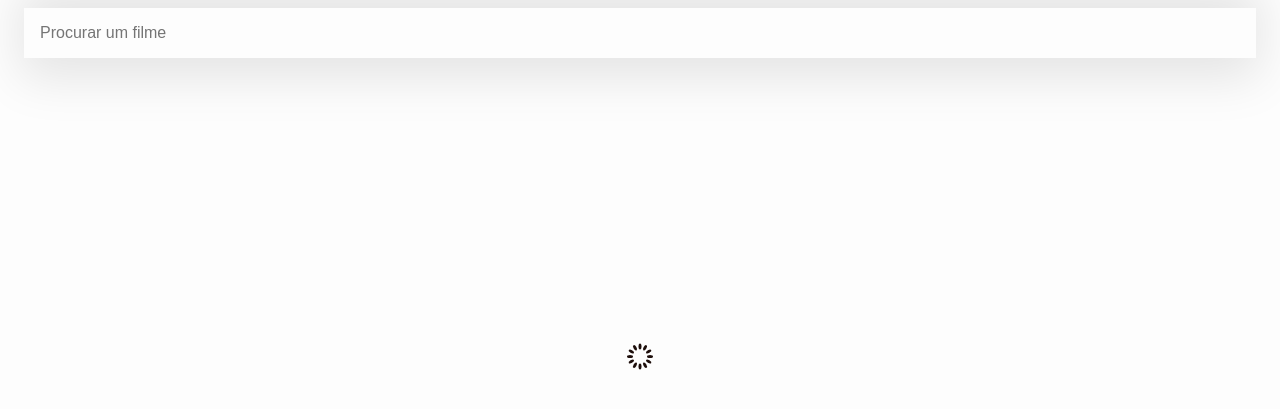
Repository: giordanobraz/agenda-edu-challenge
Page: /
An editor plug-in stored every save of this project. The page is shown before and after the next save, followed by the edit.
The browser window is 1280 px wide. The pictures show the whole page.
The page's requests for data from a server got no answer. The project was rebuilt for these pictures with package versions that can differ from the ones it lists, and the page was loaded fresh each time. No one was signed in, and anything a server would have sent is missing. Also part of the build but not shown: src/components/List/MovieList.scss, src/components/Details/Details.scss, src/components/Details/Details.js, src/pages/Details/index.js.

Above is the page before, as saved 2022-05-13 16:39:52.

### src/App.js
import { Route, Routes } from "react-router-dom";
import { QueryClient, QueryClientProvider } from "react-query";
import HomePage from "./pages/HomePage";
import SearchBar from "./components/Search/SearchBar";
import "./styles/global.scss";
import DetailsPage from "./pages/Details";

const queryClient = new QueryClient();

function App() {
  return (
    <div className="container">
      <QueryClientProvider client={queryClient}>
        <SearchBar />
        <Routes>
          <Route path="/" element={<HomePage />} />
          <Route path="/movie/:movieID" element={<DetailsPage />} />
        </Routes>
      </QueryClientProvider>
    </div>
  );
}

export default App;

### src/pages/HomePage/index.js
import MovieList from "../../components/List/MovieList";

export default function HomePage() {
  return <MovieList />;
}

### src/components/Search/SearchBar.js
import "./SearchBar.scss";

function SearchBar() {
  return (
    <div className="search-bar">
      <input type="text" placeholder="Procurar um filme" />
      {/* <div className="search-bar-items">
        <ul>
          <li>
            <p>Um Filme</p>
          </li>
        </ul>
      </div> */}
    </div>
  );
}

export default SearchBar;

### src/styles/global.scss
@import url("https://fonts.googleapis.com/css2?family=Poppins:wght@400;500;700&display=swap");
body {
    font-family: "Poppins", sans-serif;
    background-color: #fdfdfd;
}

p {
    margin: 0;
    padding: 0;
    border: 0;
    font-size: 100%;
    font: inherit;
    vertical-align: baseline;
}

.container {
    display: flex;
    flex-direction: column;
    gap: 2rem;
    max-width: 1200px;
    margin: 0 auto;
    padding: 0;
}

### src/components/List/MovieList.js
import { useState } from "react";
import { Link } from "react-router-dom";
import { api } from "../../services/api";
import { useInfiniteQuery } from "react-query";
import { VirtuosoGrid } from "react-virtuoso";
import Loading from "../Loading";
import "./MovieList.scss";
import { IMG_LINK } from "../../utils/constants";
import { ItemContainer, ListContainer } from "./VirtuosoStyled";

function MovieList() {
  const [movies, setMovies] = useState([]);

  const fetchMovies = async ({ pageParam = 1 }) => {
    const response = await api.get(
      "movie/popular?language=pt-BR&page=" + pageParam
    );
    setMovies(() => [...movies, ...response.data.results]);
    return response.data;
  };

  const { isLoading, isError, error, fetchNextPage } = useInfiniteQuery(
    "movies",
    fetchMovies,
    {
      getNextPageParam: (lastPage) => lastPage.page + 1,
    }
  );

  if (isLoading) return <Loading />;
  if (isError) return <p>{error.message}</p>;

  return (
    <>
      <h1>FILMES POPULARES DA SEMANA</h1>

      <VirtuosoGrid
        useWindowScroll
        style={{ height: 700, marginBottom: "2rem" }}
        totalCount={movies.length}
        overscan={200}
        endReached={() => setTimeout(() => fetchNextPage(), 2000)}
        components={{
          Item: ItemContainer,
          List: ListContainer,
        }}
        itemContent={(index) => {
          const movie = movies[index];
          return (
            <>
              <Link
                key={movie.id}
                className="card"
                to={`/movie/${movie.id}`}
                state={movie}
              >
                <img
                  src={`${IMG_LINK}/w220_and_h330_face/${movie.poster_path}`}
                  alt={movie.title}
                  width={220}
                  height={330}
                />
                <div className="card-details">
                  <p>{movie.title}</p>
                  <span>{movie.vote_average}/10</span>
                </div>
              </Link>
            </>
          );
        }}
      />
    </>
  );
}

export default MovieList;

### src/components/Search/SearchBar.scss
.search-bar {
  display: flex;
  flex-direction: column;
  align-items: center;
  justify-content: space-between;
  width: 100%;
  height: 100%;
  padding: 0;
  margin: 0;
  border: none;
  border-radius: 0;
  background-color: #fdfdfd;
  box-shadow: 0px 0px 50px 20px rgba(0, 0, 0, 0.1);
  position: relative;
  z-index: 1;
  input {
      width: 100%;
      height: 100%;
      padding: 1rem;
      margin: 0;
      border: none;
      border-radius: 0;
      background-color: #fdfdfd;
      font-size: 1rem;
      color: #000;
      box-shadow: none;
      transition: all 0.3s ease;
      &:focus {
          box-shadow: none;
      }
  }

  .search-bar-items {
    width: 100%;
  }
}

### src/services/api.js
import axios from "axios";
import { API_KEY, API_LINK } from "../utils/constants";

export const api = axios.create({
  baseURL: API_LINK,
  headers: {
    Authorization: API_KEY,
  },
});

### src/utils/constants.js
export const IMG_LINK = "https://image.tmdb.org/t/p/";
export const API_LINK = "https://api.themoviedb.org/3/";
export const API_KEY = `Bearer eyJhbGciOiJIUzI1NiJ9.eyJhdWQiOiJmYzQzN2E4YzM3M2JjNWRiNGJhODA0MTVlZWFmYjM0MCIsInN1YiI6IjVhNDMzNzQ4YzNhMzY4NTg5MDA0NTdjZCIsInNjb3BlcyI6WyJhcGlfcmVhZCJdLCJ2ZXJzaW9uIjoxfQ.KJrGbmMD-B0dSERBGT_FSRx5XqX0lWkoMPpkK78bOzs`;

### src/components/List/VirtuosoStyled.js
import styled from "@emotion/styled";

export const ItemContainer = styled.div`
  padding: 0.5rem;
  width: 25%;
  height: 420px;
  display: flex;
  flex: none;
  align-content: stretch;
  box-sizing: border-box;

  @media (max-width: 1024px) {
    width: 50%;
  }

  @media (max-width: 300px) {
    width: 100%;
  }
`;

export const ListContainer = styled.div`
  display: flex;
  flex-wrap: wrap;
`;

### src/components/Loading/Loading.js
import loadingImg from "../../assets/loading.svg";
import "./Loading.scss";

function Loading() {
  return (
    <div className="center">
      <img src={loadingImg} alt="Loading" width={50} />
    </div>
  );
}

export default Loading;

### src/components/Loading/Loading.scss
.center {
  position: absolute;
  top: 50%;
  left: 50%;
  transform: translate(-50%, -50%);
}

Loaded but not shown: public/index.html (common file); src/index.js (common file); src/components/Loading/index.js (common file)

After the next save:
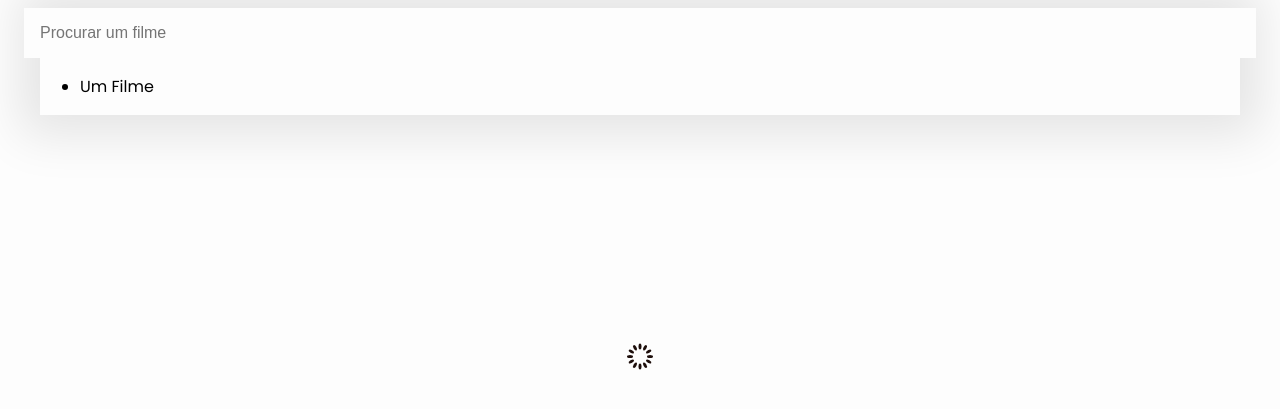
Saved 11 s later.
--- a/src/components/Search/SearchBar.js
+++ b/src/components/Search/SearchBar.js
@@ -4,13 +4,13 @@
   return (
     <div className="search-bar">
       <input type="text" placeholder="Procurar um filme" />
-      {/* <div className="search-bar-items">
+      <div className="search-bar-items">
         <ul>
           <li>
             <p>Um Filme</p>
           </li>
         </ul>
-      </div> */}
+      </div>
     </div>
   );
 }

After the 2 saves that followed:
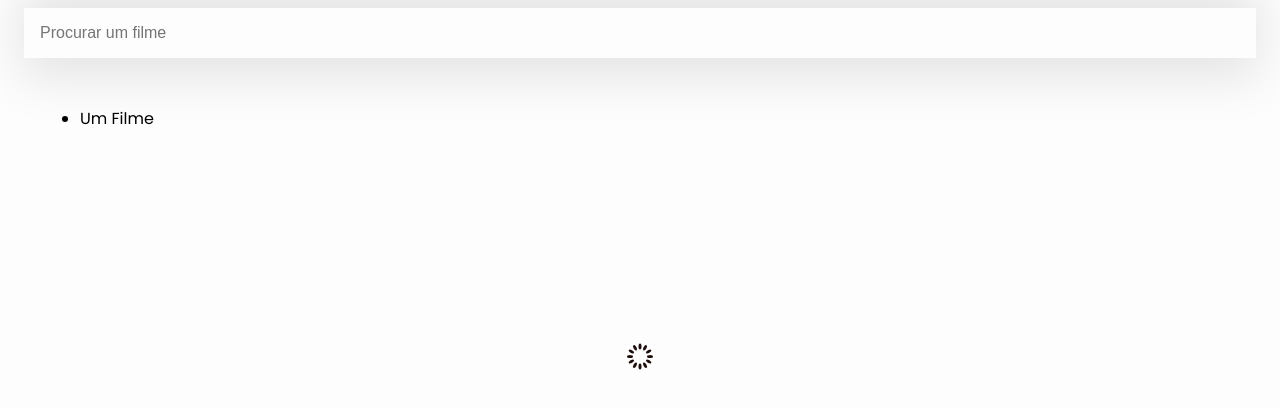
The 2 saves are shown as one change because 1 did not build or start.
The last was saved 26 s later.
--- a/src/components/Search/SearchBar.js
+++ b/src/components/Search/SearchBar.js
@@ -2,8 +2,10 @@
 
 function SearchBar() {
   return (
-    <div className="search-bar">
-      <input type="text" placeholder="Procurar um filme" />
+    <>
+      <div className="search-bar">
+        <input type="text" placeholder="Procurar um filme" />
+      </div>
       <div className="search-bar-items">
         <ul>
           <li>
@@ -11,7 +13,7 @@
           </li>
         </ul>
       </div>
-    </div>
+    </>
   );
 }
 
